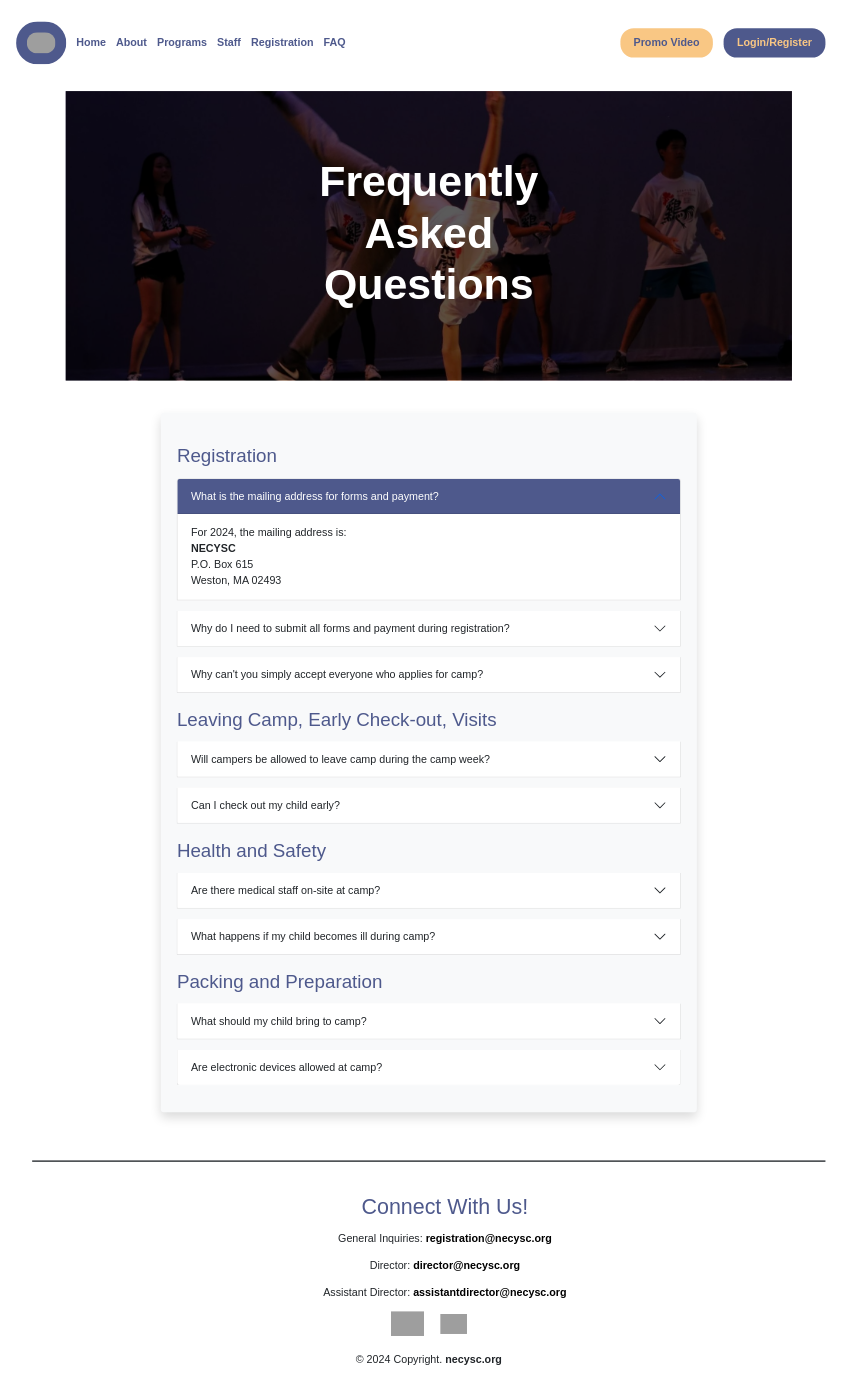
Repository: fullstackatbrown/project-necysc
Page: necysc_app/templates/necysc_app/website/faq.html
These files come from the project's save history. The page is drawn as it stood at one moment and after the next save; the edit follows.
The browser window is 1280 px wide. The page is 1292 px wide, so the pictures cover 1292 px, including what lies to the right of the window. The pictures show the whole page, at 67% of full size.
Pictures or frames that could not be fetched are drawn as grey boxes. Some web fonts or font styles are not loaded; a fallback is used. The template is drawn by Django 5.2. The application's start-up code is not run. Other server files are loaded and not shown. The template is opened directly, without the code that normally fills it, so the values that code supplies are empty.

Above is the page before, as saved 2024-12-04 01:41:22.

### necysc_app/templates/necysc_app/website/faq.html
{% extends "necysc_app/base.html" %}
{% load static %}
{% block title %} Frequently Asked Questions {% endblock %}
{% block content %}
<link rel="stylesheet" href="{% static 'necysc_app/staff.css' %}" />
<link rel="stylesheet" href="{% static 'necysc_app/style.css' %}" />
<style>
    .hero-section {
        background-image: url("{% static 'necysc_app/images/faq_banner.jpg' %}");
    }

    h2 {
        color: #4e598c;
    }
</style>


<section>
    <div class="hero-section position-relative overflow-hidden p-3 p-md-5 m-md-3 text-center bg-light">
        <div class="overlay"></div>
        <div class="col-md-6 p-lg-5 mx-auto my-5 position-relative container">
            <h1 class="display-3 fw-bold text-white">Frequently Asked Questions</h1>
        </div>
    </div>
</section>

<div class="accordion container my-5 p-4 shadow rounded-3" id="faqAccordion" style="max-width: 800px; background-color: #f8f9fa;">
    <h2 id="faqregistration" class="faq-subtitle mt-4 mb-3" style="font-size: 1.75rem">Registration</h2>
    <div class="accordion-item mb-3">
        <h2 class="accordion-header" id="headingOne">
            <button class="accordion-button" type="button" data-bs-toggle="collapse" data-bs-target="#collapseOne" aria-expanded="true" aria-controls="collapseOne">
                What is the mailing address for forms and payment?
            </button>
        </h2>
        <div id="collapseOne" class="accordion-collapse collapse show" aria-labelledby="headingOne" data-bs-parent="#faqAccordion">
            <div class="accordion-body">
                For 2024, the mailing address is:<br>
                <strong>NECYSC</strong><br>P.O. Box 615<br>Weston, MA 02493
            </div>
        </div>
    </div>

    <div class="accordion-item mb-3">
        <h2 class="accordion-header" id="headingTwo">
            <button class="accordion-button collapsed" type="button" data-bs-toggle="collapse" data-bs-target="#collapseTwo" aria-expanded="false" aria-controls="collapseTwo">
                Why do I need to submit all forms and payment during registration?
            </button>
        </h2>
        <div id="collapseTwo" class="accordion-collapse collapse" aria-labelledby="headingTwo" data-bs-parent="#faqAccordion">
            <div class="accordion-body">
                With over 350 campers and CITs, our volunteer staff must review every form before camp begins. Therefore, all forms and payment are required during registration. Campers will not be accepted until all required forms and payment are received. If you need an extension due to special circumstances, please contact <a href="mailto:registration@necysc.org">registration@necysc.org</a>.
            </div>
        </div>
    </div>

    <div class="accordion-item mb-3">
        <h2 class="accordion-header" id="headingThree">
            <button class="accordion-button collapsed" type="button" data-bs-toggle="collapse" data-bs-target="#collapseThree" aria-expanded="false" aria-controls="collapseThree">
                Why can't you simply accept everyone who applies for camp?
            </button>
        </h2>
        <div id="collapseThree" class="accordion-collapse collapse" aria-labelledby="headingThree" data-bs-parent="#faqAccordion">
            <div class="accordion-body">
                Factors like room availability, staff-to-camper ratio, and licensing restrictions limit the number of campers we can accept each year.
            </div>
        </div>
    </div>

    <h2 id="faqleavingcamp" class="faq-subtitle mt-4 mb-3" style="font-size: 1.75rem;">Leaving Camp, Early Check-out, Visits</h2>
    <div class="accordion-item mb-3">
        <h2 class="accordion-header" id="headingFour">
            <button class="accordion-button collapsed" type="button" data-bs-toggle="collapse" data-bs-target="#collapseFour" aria-expanded="false" aria-controls="collapseFour">
                Will campers be allowed to leave camp during the camp week?
            </button>
        </h2>
        <div id="collapseFour" class="accordion-collapse collapse" aria-labelledby="headingFour" data-bs-parent="#faqAccordion">
            <div class="accordion-body">
                Campers are not allowed to leave during the camp week for non-emergency appointments (e.g., doctor’s visits, sports practices). Exceptions for unforeseen situations can be discussed with the camp director.
            </div>
        </div>
    </div>

    <div class="accordion-item mb-3">
        <h2 class="accordion-header" id="headingFive">
            <button class="accordion-button collapsed" type="button" data-bs-toggle="collapse" data-bs-target="#collapseFive" aria-expanded="false" aria-controls="collapseFive">
                Can I check out my child early?
            </button>
        </h2>
        <div id="collapseFive" class="accordion-collapse collapse" aria-labelledby="headingFive" data-bs-parent="#faqAccordion">
            <div class="accordion-body">
                Early check-out is discouraged to ensure full participation in closing ceremonies. If necessary, a Request for Early Check-Out form can be completed prior to camp for a designated early check-out time.
            </div>
        </div>
    </div>

    <h2 id="faqhealth" class="faq-subtitle mt-4 mb-3" style="font-size: 1.75rem;">Health and Safety</h2>
    <div class="accordion-item mb-3">
        <h2 class="accordion-header" id="headingSix">
            <button class="accordion-button collapsed" type="button" data-bs-toggle="collapse" data-bs-target="#collapseSix" aria-expanded="false" aria-controls="collapseSix">
                Are there medical staff on-site at camp?
            </button>
        </h2>
        <div id="collapseSix" class="accordion-collapse collapse" aria-labelledby="headingSix" data-bs-parent="#faqAccordion">
            <div class="accordion-body">
                Yes, trained medical staff are available on-site throughout the camp week to handle any medical issues or emergencies.
            </div>
        </div>
    </div>

    <div class="accordion-item mb-3">
        <h2 class="accordion-header" id="headingSeven">
            <button class="accordion-button collapsed" type="button" data-bs-toggle="collapse" data-bs-target="#collapseSeven" aria-expanded="false" aria-controls="collapseSeven">
                What happens if my child becomes ill during camp?
            </button>
        </h2>
        <div id="collapseSeven" class="accordion-collapse collapse" aria-labelledby="headingSeven" data-bs-parent="#faqAccordion">
            <div class="accordion-body">
                If a camper becomes ill, they will be evaluated by medical staff. Parents may be contacted based on the severity of the illness.
            </div>
        </div>
    </div>

    <h2 id="faqpacking" class="faq-subtitle mt-4 mb-3" style="font-size: 1.75rem;">Packing and Preparation</h2>
    <div class="accordion-item mb-3">
        <h2 class="accordion-header" id="headingEight">
            <button class="accordion-button collapsed" type="button" data-bs-toggle="collapse" data-bs-target="#collapseEight" aria-expanded="false" aria-controls="collapseEight">
                What should my child bring to camp?
            </button>
        </h2>
        <div id="collapseEight" class="accordion-collapse collapse" aria-labelledby="headingEight" data-bs-parent="#faqAccordion">
            <div class="accordion-body">
                Campers should bring essentials like clothing, toiletries, a water bottle, and any necessary medication. A detailed packing list will be provided upon registration.
            </div>
        </div>
    </div>

    <div class="accordion-item mb-3">
        <h2 class="accordion-header" id="headingNine">
            <button class="accordion-button collapsed" type="button" data-bs-toggle="collapse" data-bs-target="#collapseNine" aria-expanded="false" aria-controls="collapseNine">
                Are electronic devices allowed at camp?
            </button>
        </h2>
        <div id="collapseNine" class="accordion-collapse collapse" aria-labelledby="headingNine" data-bs-parent="#faqAccordion">
            <div class="accordion-body">
                We encourage campers to leave electronic devices at home to fully immerse in the camp experience. If brought, devices will be collected and securely stored until the end of camp.
            </div>
        </div>
    </div>
</div>



{% endblock %}

### necysc_app/templates/necysc_app/base.html
<!DOCTYPE html>
<html lang="en">
	<!-- Header -->
	{% load static %} {% include 'necysc_app/header.html' %}

	<head>
		<!-- Required meta tags -->
		<meta charset="utf-8" />
		<meta name="viewport" content="width=device-width, initial-scale=1" />

		<!--Bootstrap CSS-->
		<link
			href="https://cdn.jsdelivr.net/npm/bootstrap@5.0.2/dist/css/bootstrap.min.css"
			rel="stylesheet"
			integrity="sha384-EVSTQN3/azprG1Anm3QDgpJLIm9Nao0Yz1ztcQTwFspd3yD65VohhpuuCOmLASjC"
			crossorigin="anonymous"
		/>

		<title>{% block title %} {% endblock %}</title>
		<link rel="preconnect" href="https://fonts.googleapis.com" />
		<link rel="preconnect" href="https://fonts.gstatic.com" crossorigin />
		<link
			href="https://fonts.googleapis.com/css2?family=Roboto+Mono:ital,wght@0,100..700;1,100..700&display=swap"
			rel="stylesheet"
		/>

		<!--global Hind font-->
		<link
			href="https://fonts.googleapis.com/css2?family=Hind:wght@400;500;600&display=swap"
			rel="stylesheet"
		/>
		<style>
			body {
				font-family: "Hind", sans-serif;
			}
		</style>

	</head>

	<body>
		<!-- Navbar -->
		{% include 'necysc_app/navbar.html' %}

		<!-- Content -->
		<div class="container">{% block content %} {% endblock %}</div>

		<!-- Footer -->
		{% include 'necysc_app/footer.html' %}

		<!--Bootstrap JavaScript Plugins-->
		<script
			src="https://cdn.jsdelivr.net/npm/bootstrap@5.0.2/dist/js/bootstrap.bundle.min.js"
			integrity="sha384-MrcW6ZMFYlzcLA8Nl+NtUVF0sA7MsXsP1UyJoMp4YLEuNSfAP+JcXn/tWtIaxVXM"
			crossorigin="anonymous"
		></script>
	</body>
</html>

### necysc_app/templates/necysc_app/header.html
<!-- Header -->
<head>
    <meta charset="UTF-8" />
    <!-- Bootstrap Imports -->
    <link
      href="https://cdn.jsdelivr.net/npm/bootstrap@5.0.2/dist/css/bootstrap.min.css"
      rel="stylesheet"
      integrity="sha384-EVSTQN3/azprG1Anm3QDgpJLIm9Nao0Yz1ztcQTwFspd3yD65VohhpuuCOmLASjC"
      crossorigin="anonymous"
    />
    <link
      href="https://cdn.jsdelivr.net/npm/bootstrap-icons@1.8.1/font/bootstrap-icons.css"
      rel="stylesheet"
    />
    <script
    src="https://cdn.jsdelivr.net/npm/bootstrap@5.0.2/dist/js/bootstrap.bundle.min.js"
    integrity="sha384-MrcW6ZMFYlzcLA8Nl+NtUVF0sA7MsXsP1UyJoMp4YLEuNSfAP+JcXn/tWtIaxVXM"
    crossorigin="anonymous"
    ></script>
    <meta name="viewport" content="width=device-width, initial-scale=1" />
    {% load static %}
    <link href="{% static 'necysc_app/style.css' %}" rel="stylesheet" />
    <link rel="icon" href="{%  static 'necysc_app/images/favicon.ico' %}">
</head>

### necysc_app/templates/necysc_app/footer.html
<!-- Footer -->
<footer class="pt-4" id="contact">
  <div class="ms-5 me-5 mb-5 bg-dark" style="height: 2px;"></div>

  <h2 class="ps-5 mb-3 mt-5 text-center" style="color: #4e598c;">Connect With Us!</h2>
  <p class="ps-5 text-center"> General Inquiries:
    <a href="mailto:registration@necysc.org" style="color: black">registration@necysc.org</a>
  </p>
  <p class="ps-5 text-center"> Director:
    <a href="mailto:registration@necysc.org" style="color: black">director@necysc.org</a>
  </p>
  <p class="ps-5 text-center"> Assistant Director:
    <a href="mailto:registration@necysc.org" style="color: black">assistantdirector@necysc.org</a>
  </p>

  <div class="row text-center align-items-center justify-content-center">
    <div class="col-auto">
        <a href="https://www.instagram.com/NECYSC/" style="display: inline-block;" target="_blank">
            <img src="https://cdn.freebiesupply.com/images/large/2x/instagram-icon-white-on-black.png" alt="Instagram Logo" style="width: 50px; height: auto;">
        </a>
    </div>
    <div class="col-auto">
      <a href="https://www.facebook.com/NECYSC" style="display: inline-block;" target="_blank">
          <img src="https://www.freepnglogos.com/uploads/logo-facebook-png/logo-facebook-facebook-logo-png-transparent-svg-vector-bie-supply-18.png" alt="Facebook Logo" style="width: 40px; height: auto;">
      </a>
    </div>
  </div>


  <!-- Copyright -->
  <div class="container"></div>
  <div class="text-center p-4">
    © 2024 Copyright.
    <a class="text-reset" href="https://necysc.org/">necysc.org</a>
  </div>

</footer>
<!-- Footer -->

### necysc_app/static/necysc_app/style.css
.hero-section {
  position: relative;
  background-size: cover;
  background-position: center;
  background-repeat: no-repeat;
  color: white;
  height: 60vh;
  display: flex;
  align-items: center;
  justify-content: center;
  overflow: hidden;
}

.hero-section .overlay {
  position: absolute;
  top: 0;
  left: 0;
  width: 100%;
  height: 100%;
  background-color: rgba(0, 0, 0, 0.5);
  z-index: 1;
}

.hero-section .position-relative {
  z-index: 2;
}

.btn-purple {
  background-color: #4e598c;
  color: #f9c784;
  transition: all 0.3s ease;
  padding: 10px 20px;
  border-radius: 20px;
  display: inline-block;
  text-align: center;
  text-decoration: none;
  outline: none;
  border: none;
}

.btn-purple:hover {
  background-color: #f9c784;
  color: #ffffff;
}


.accordion-item .accordion-button:not(.collapsed) {
  background-color: #4e598c; /* Darker purple when open */
  color: #ffffff; /* White text for contrast */
}


.menu-toggle {
  display: none;
}

.hamburger {
  display: none;
  font-size: 24px;
  cursor: pointer;
  color: #4e598c;
}


.nav-links {
  display: flex;
  gap: 15px;
}


@media (max-width: 768px) {
  .nav-links {
      display: none;
      flex-direction: column;
      background-color: white;
      position: absolute;
      top: 60px;
      right: 0;
      width: 100%;
      padding: 10px;
      z-index: 1000;
  }

  .menu-toggle:checked + .hamburger + .nav-links {
      display: flex;
  }

  .hamburger {
      display: block;
  }
}

.optional {
  color: gray;
  font-style: italic;
}

.white-link {
  color: #ffffff;
  text-decoration: none;
  transition: color 0.3s ease;
}

.white-link:hover {
  color: #cccccc;
}

.welcome-title {
  color: white;
}

### necysc_app/static/necysc_app/staff.css
.staff-section {
    position: relative;
    background-image: url("./images/fans.png");
    background-size: cover;
    background-position: center;
    background-repeat: no-repeat;
    color: white;
    height: 60vh;
    display: flex;
    align-items: center;
    justify-content: center;
    overflow: hidden;
}

.staff-section .overlay {
    position: absolute;
    top: 0;
    left: 0;
    width: 100%;
    height: 100%;
    background-color: rgba(0, 0, 0, 0.5);
    z-index: 1;
}

.staff-section .position-relative {
    z-index: 2;
}

Loaded but not shown: necysc_app/templates/necysc_app/navbar.html (204 lines, source omitted)

After the next save:
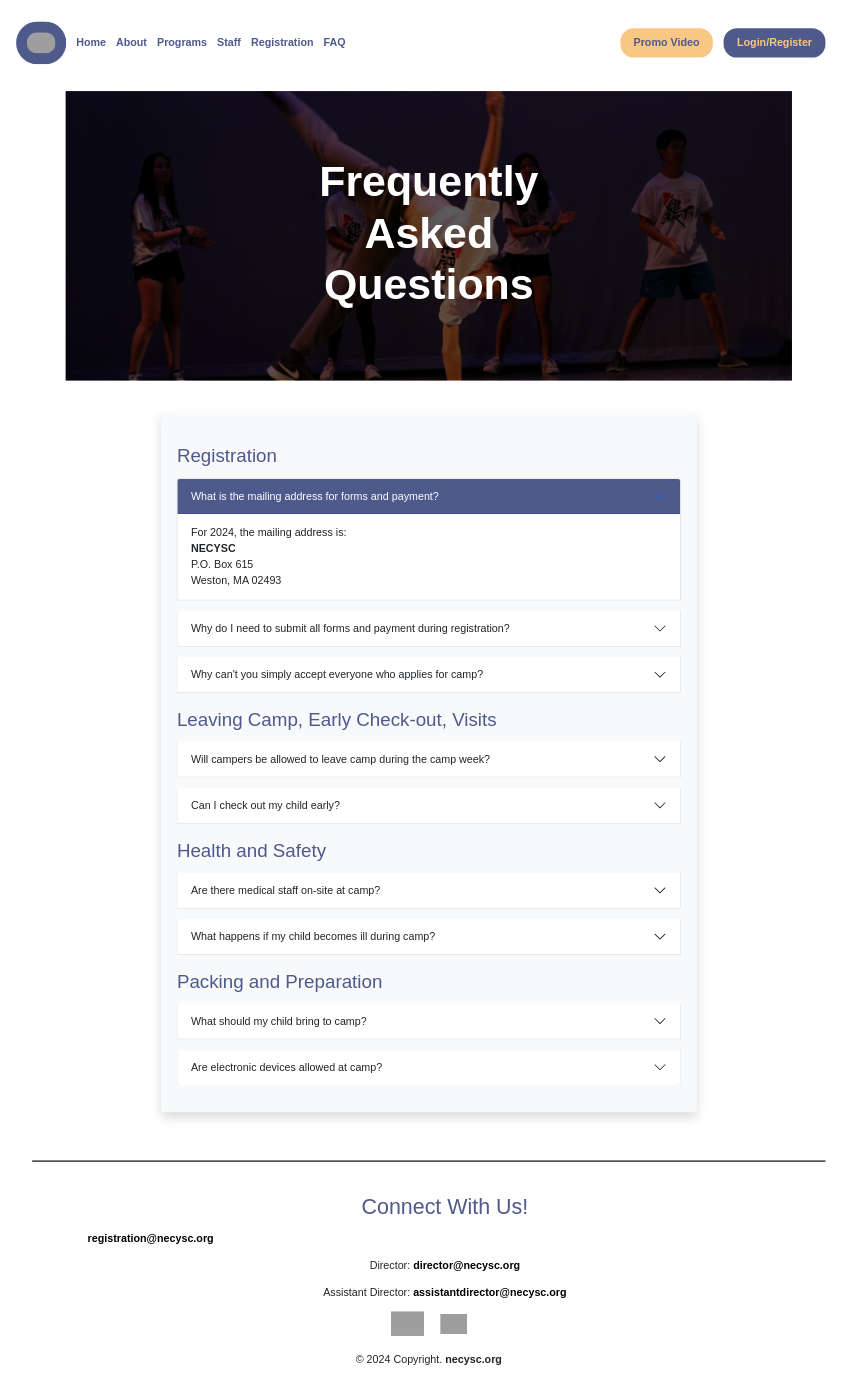
Saved 20 s later.
--- a/necysc_app/templates/necysc_app/footer.html
+++ b/necysc_app/templates/necysc_app/footer.html
@@ -3,7 +3,7 @@
   <div class="ms-5 me-5 mb-5 bg-dark" style="height: 2px;"></div>
 
   <h2 class="ps-5 mb-3 mt-5 text-center" style="color: #4e598c;">Connect With Us!</h2>
-  <p class="ps-5 text-center"> General Inquiries:
+  <p class="welcome-title "> General Inquiries:
     <a href="mailto:registration@necysc.org" style="color: black">registration@necysc.org</a>
   </p>
   <p class="ps-5 text-center"> Director:

After the save that followed:
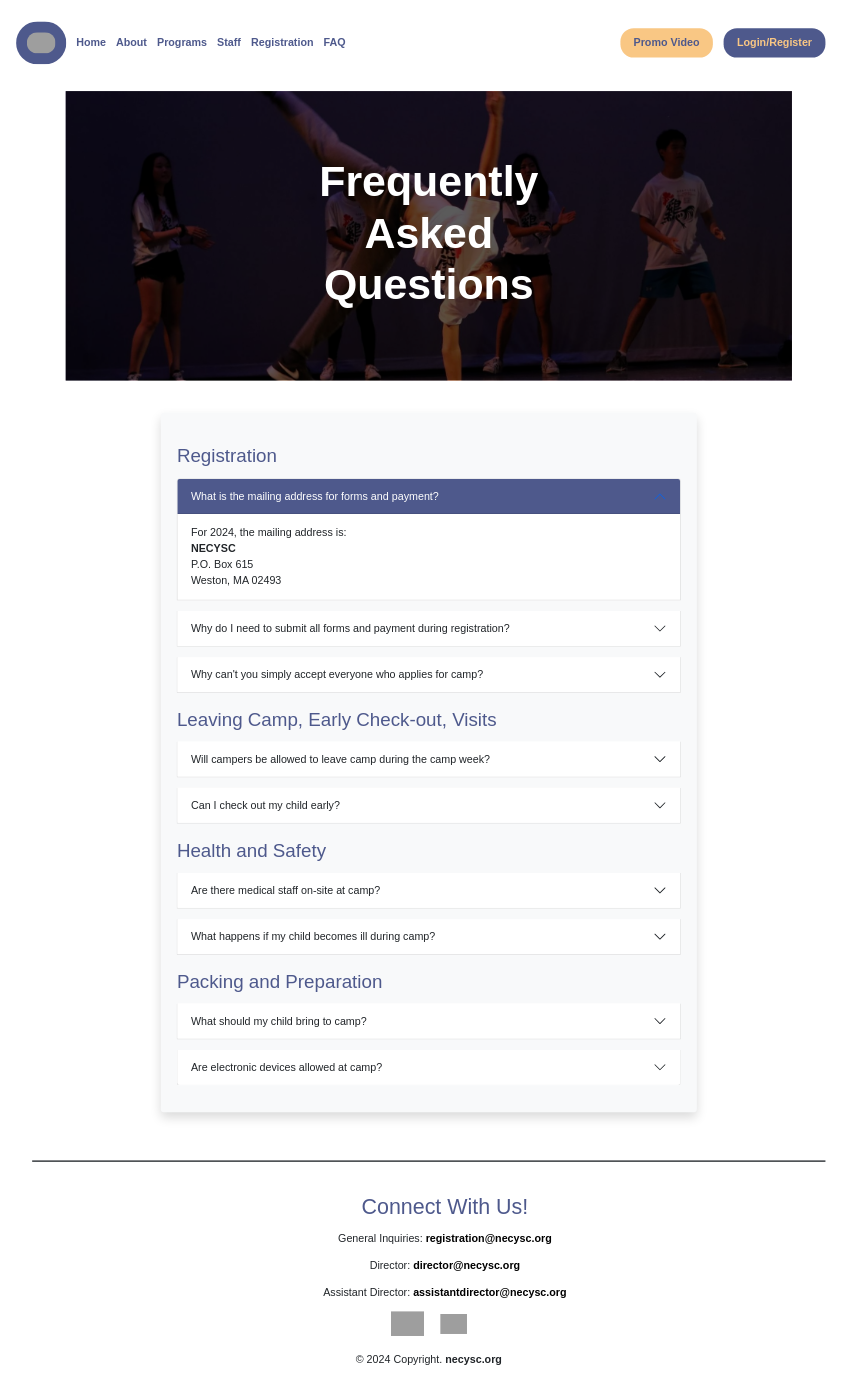
Saved 8 s later.
--- a/necysc_app/templates/necysc_app/footer.html
+++ b/necysc_app/templates/necysc_app/footer.html
@@ -3,7 +3,7 @@
   <div class="ms-5 me-5 mb-5 bg-dark" style="height: 2px;"></div>
 
   <h2 class="ps-5 mb-3 mt-5 text-center" style="color: #4e598c;">Connect With Us!</h2>
-  <p class="welcome-title "> General Inquiries:
+  <p class="ps-5 text-center"> General Inquiries:
     <a href="mailto:registration@necysc.org" style="color: black">registration@necysc.org</a>
   </p>
   <p class="ps-5 text-center"> Director:
